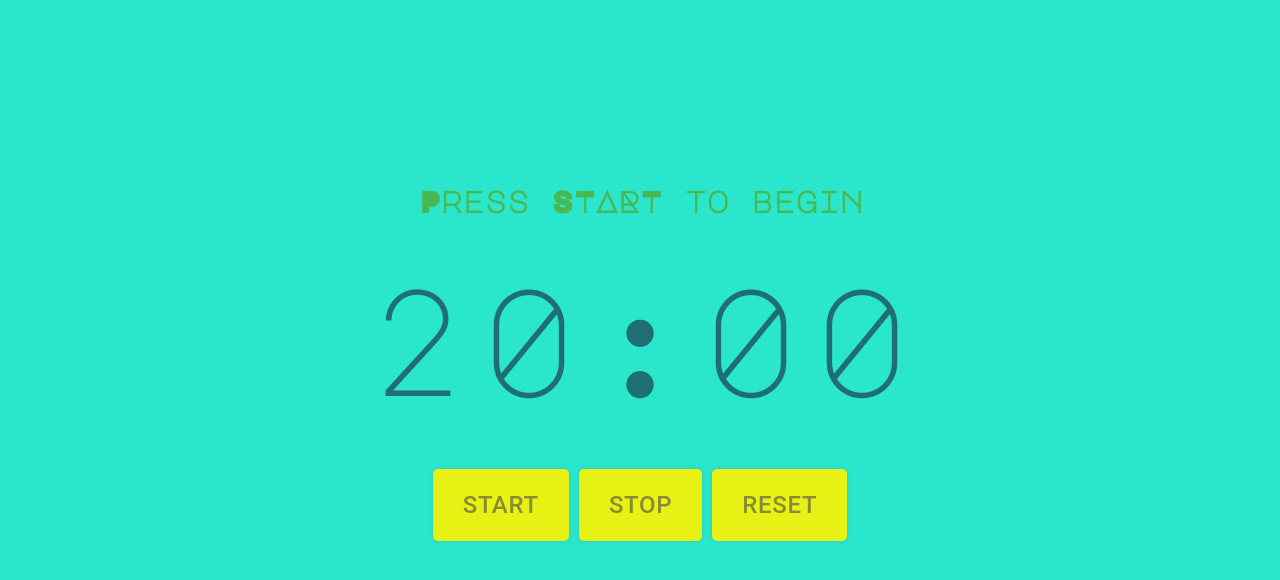
Repository: realistmccoy/pomodoro
Page: /
These files come from the project's save history. The page is drawn as it stood at one moment and after the next save; the edit follows.
The browser window is 1280 px wide. The pictures show the whole page.
The project was rebuilt for these pictures with package versions that can differ from the ones it lists, and the page was loaded fresh each time.

Above is the page before, as saved 2020-12-10 01:01:47.

### src/App.js
import React, { useState, useRef } from 'react';
import './App.css';
import { Button } from '@material-ui/core';

function padTime(time) {
	return time.toString().padStart(2, '0');
}

export default function App() {
	const [title, setTitle] = useState('Press START to begin');
	const [timeLeft, setTimeLeft] = useState(20 * 60);
	const intervalRef = useRef(null);

	function startTimer() {
		setTitle('FOCUS');
		intervalRef.current = setInterval(() => {
			setTimeLeft((timeLeft) => {
				if (timeLeft >= 1) return timeLeft - 1;

				return 0;
			});
		}, 1000);
	}

	function stopTimer() {
		setTitle('Get back to work');
		clearInterval(intervalRef.current);
		console.log(intervalRef.current);
	}

	function resetTimer() {
		clearInterval(intervalRef.current);
		setTitle('Ready to go another round?');
		setTimeLeft(20 * 60);
	}

	const minutes = padTime(Math.floor(timeLeft / 60));
	const seconds = padTime(timeLeft - minutes * 60);

	return (
		<div className='app'>
			<h2>{title}</h2>

			<div className='timer'>
				<span>{minutes}</span>
				<span>:</span>
				<span>{seconds}</span>
			</div>

			<div className='buttons'>
				<Button onClick={startTimer}>Start</Button>
				<Button onClick={stopTimer}>Stop</Button>
				<Button onClick={resetTimer}>Reset</Button>
			</div>
		</div>
	);
}

### src/App.css
@import url('https://fonts.googleapis.com/css2?family=Major+Mono+Display&display=swap');

* {
  box-sizing: border-box;
}

body {
  padding: 0;
  margin: 0;
  font-family: 'Major Mono Display', monospace;
  line-height: 1.5;
}

.app {
  min-height: 100vh;
  padding-left: 20px;
  padding-right: 20px;
  display: flex;
  flex-direction: column;
  align-items: center;
  justify-content: center;
  background: #2ae6cd;
  color: #2f9153;
}

h2 {
  color: #49b850;
  font-size: 30px;
  text-align: center;
  margin: 0;
}

.timer {
  color: #1f6e72;
  font-size: 150px;
  margin-bottom: 20px;
}

.buttons button {
  outline: none;
  border: none;
  font-size: 24px;
  background: #e7f214;
  color: #878b32;
  border-radius: 5px;
  box-shadow: 0 0 5px rgba(0, 0, 0, 0.1);
  padding: 15px 30px;
  cursor: pointer;
  transition: 0.3s ease all;
}

.buttons button:hover {
  border-radius: 10px;
  background: #f5f8ca;
  box-shadow: 0 0 10px rgba(0, 0, 0, 0.15);
  transform: translateY(-2px);
}

.buttons button:not(:last-child) {
  margin-right: 10px;
}

@media (max-width: 780px) {
  h2 {
    font-size: 22px;
  }

  .timer {
    font-size: 80px;
  }

  .buttons button {
    font-size: 18px;
  }
}

Loaded but not shown: public/index.html (common file); src/index.js (common file)

After the next save:
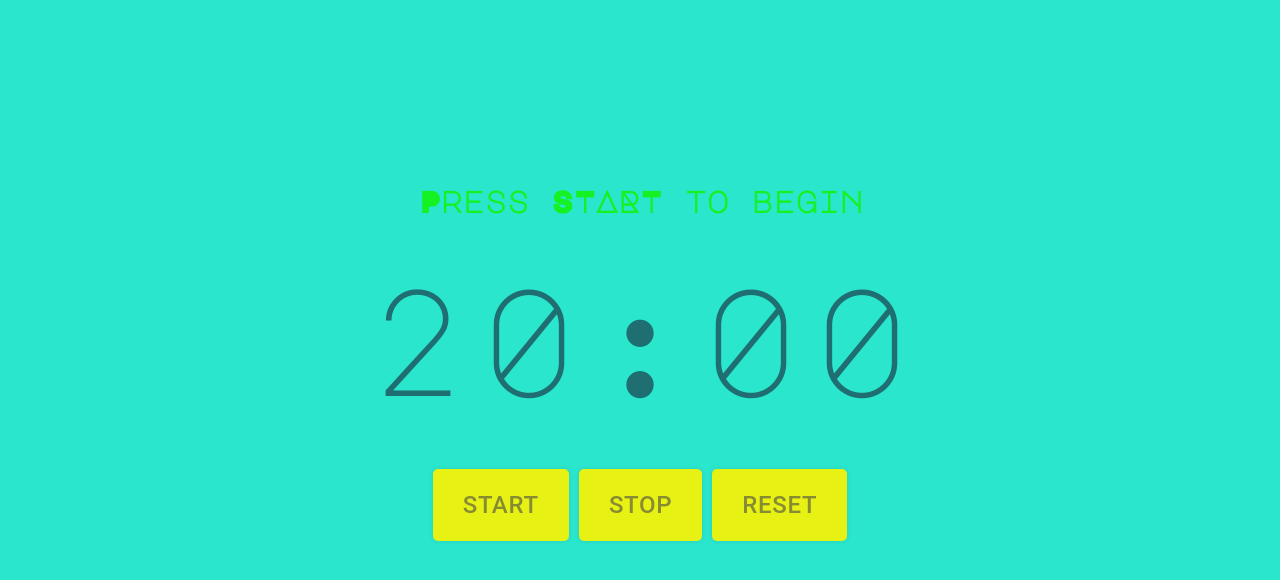
Saved 4 s later.
--- a/src/App.css
+++ b/src/App.css
@@ -24,7 +24,7 @@ body {
 }
 
 h2 {
-  color: #49b850;
+  color: #14f223;
   font-size: 30px;
   text-align: center;
   margin: 0;
